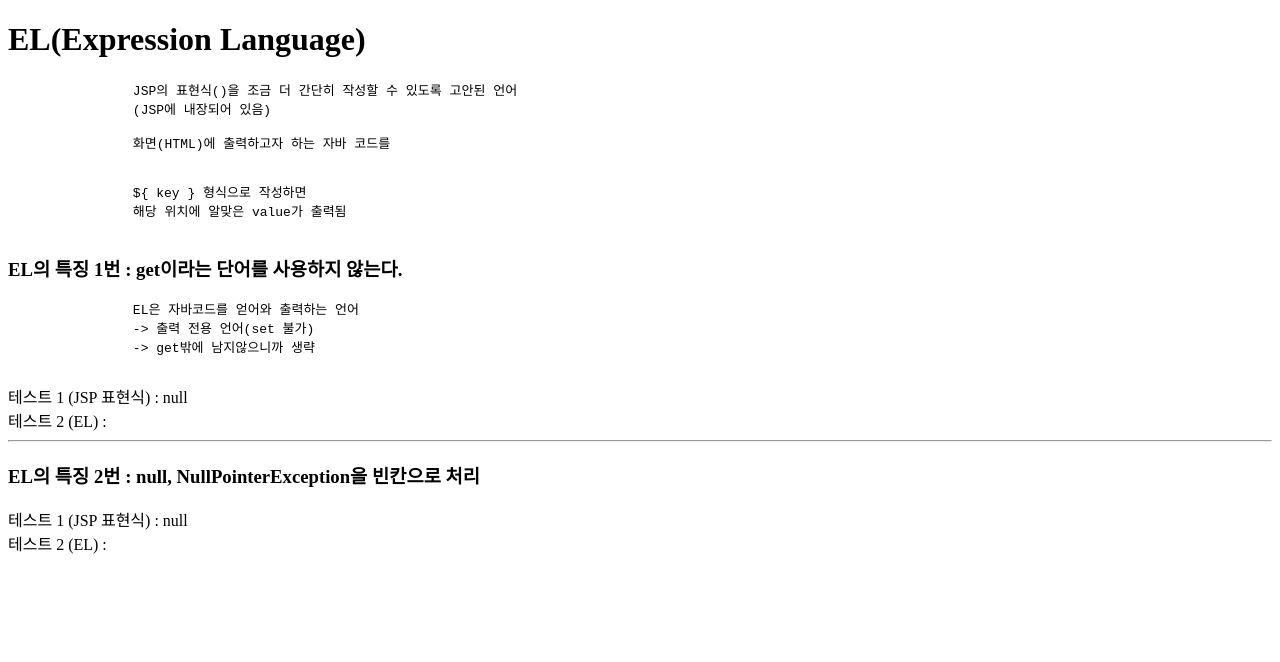
Repository: seungjoo1217/05_Server
Page: http://localhost/JSPProject2/elTest
An editor plug-in stored every save of this project. The page is shown before and after the next save, followed by the edit.
The browser window is 1280 px wide. The pictures show the whole page.
The page is served by Tomcat 10.

Above is the page before, as saved 2024-03-22 03:28:31.

After the next save:
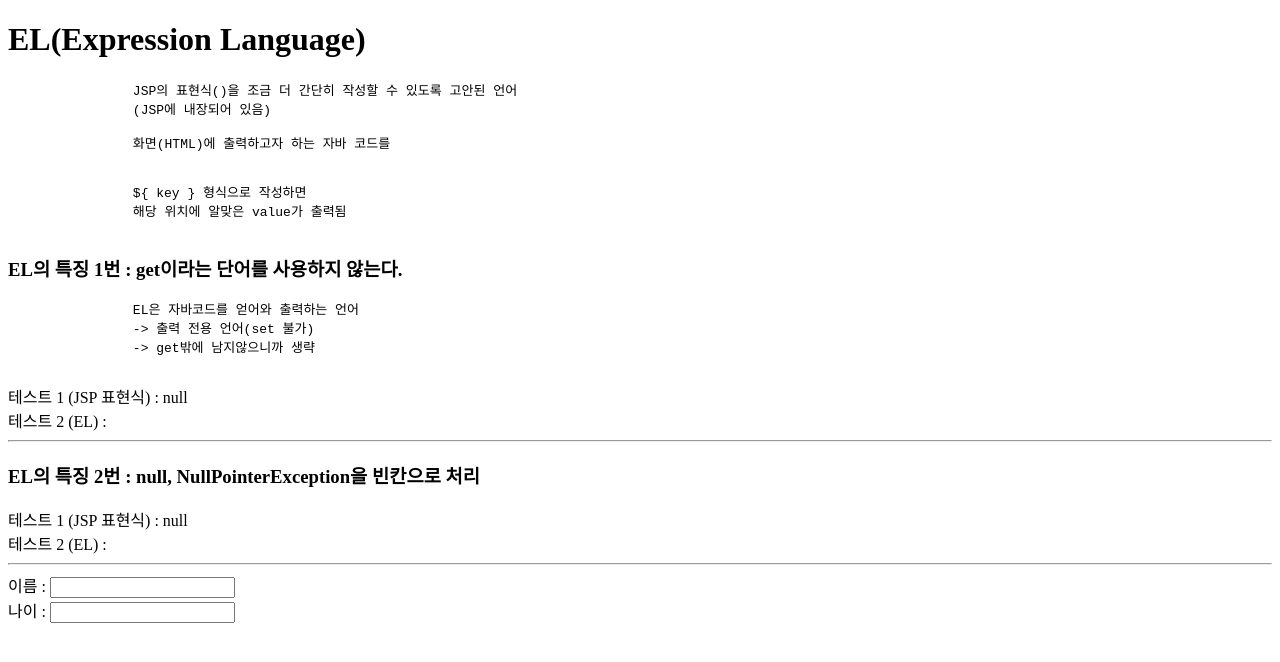
Saved 2 min 15 s later.
--- a/JSPProject2/src/main/webapp/WEB-INF/views/el/elTest.jsp
+++ b/JSPProject2/src/main/webapp/WEB-INF/views/el/elTest.jsp
@@ -41,5 +41,17 @@
 	테스트 2 (EL) : ${param.num}
 
 
+	<hr>
+
+	<form>
+		이름 : <input name="inputName">
+		<br>
+		나이 : <input type="number" name="inputAge">
+	</form>
+
+
+
+
+
 </body>
 </html>
